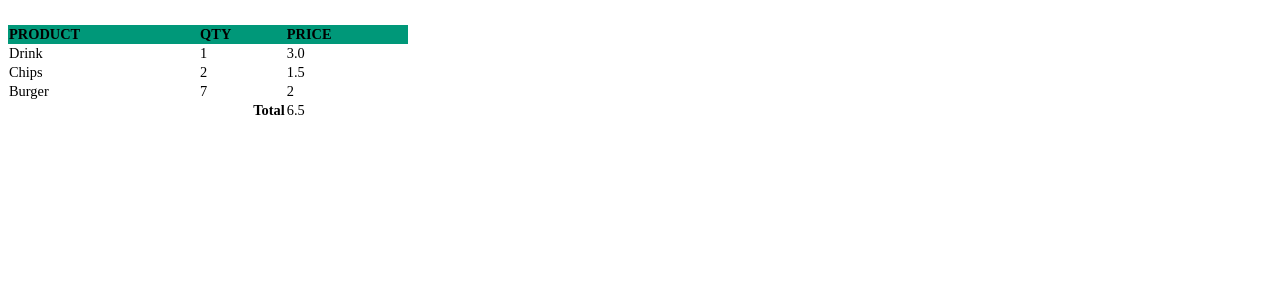
Repository: linas-dev/HTML-CSS-Projects
Page: Basic_HTML_and_CSS/HTML_Table.html
These files come from the project's save history. The page is drawn as it stood at one moment and after the next save; the edit follows.
The browser window is 1280 px wide. The pictures show the whole page.

Above is the page before, as saved 2021-05-30 10:14:52.

### Basic_HTML_and_CSS/HTML_Table.html
<!DOCTYPE html>
<html lang="en">
<head>
    <meta charset="UTF-8">
    <meta http-equiv="X-UA-Compatible" content="IE=edge">
    <meta name="viewport" content="width=device-width, initial-scale=1.0">
    <link rel="stylesheet" href="Basic_CSS_2.css">
    <title>Document</title>
</head>
<body>
    <table class="table">
        <thead>
            <tr>
                <td><b>PRODUCT</b></td>
                <td><b>QTY</b></td>
                <td><b>PRICE</b></td>
            </tr>
        </thead>
        <tbody>
            <tr>
                <td>Drink</td>
                <td>1</td>
                <td>3.0</td>
            </tr>
            <tr>
                <td>Chips</td>
                <td>2</td>
                <td>1.5</td>
            </tr>
            <tr>
                <td>Burger</td>
                <td>7</td>
                <td>2</td>
            </tr>
        </tbody>
        <tfoot>
            <tr>
                <td colspan="2" align="right"><b>Total</b></td>
                <td>6.5</td>
            </tr>
        </tfoot>
</body>
</html>

### Basic_HTML_and_CSS/Basic_CSS_2.css
p {
    color: #2E5757;
    background: #F0DFEE;
    font-weight: bolder;
    text-align: right;
}

.table {
    border-collapse: collapse;
    margin: 25px 0;
    font-size: 0.9em;
    min-width: 400px;
}

.table thead tr {
    background-color: #009879;
}

After the next save:
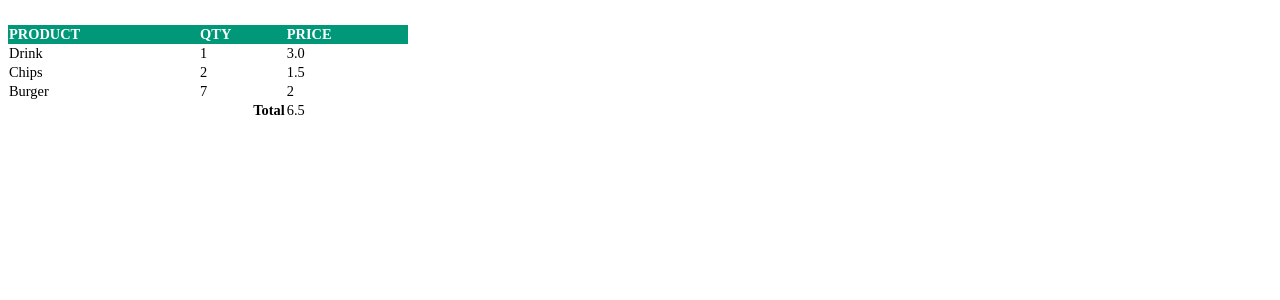
Saved 10 s later.
--- a/Basic_HTML_and_CSS/Basic_CSS_2.css
+++ b/Basic_HTML_and_CSS/Basic_CSS_2.css
@@ -14,4 +14,5 @@ p {
 
 .table thead tr {
     background-color: #009879;
+    color: #fff;
 }
